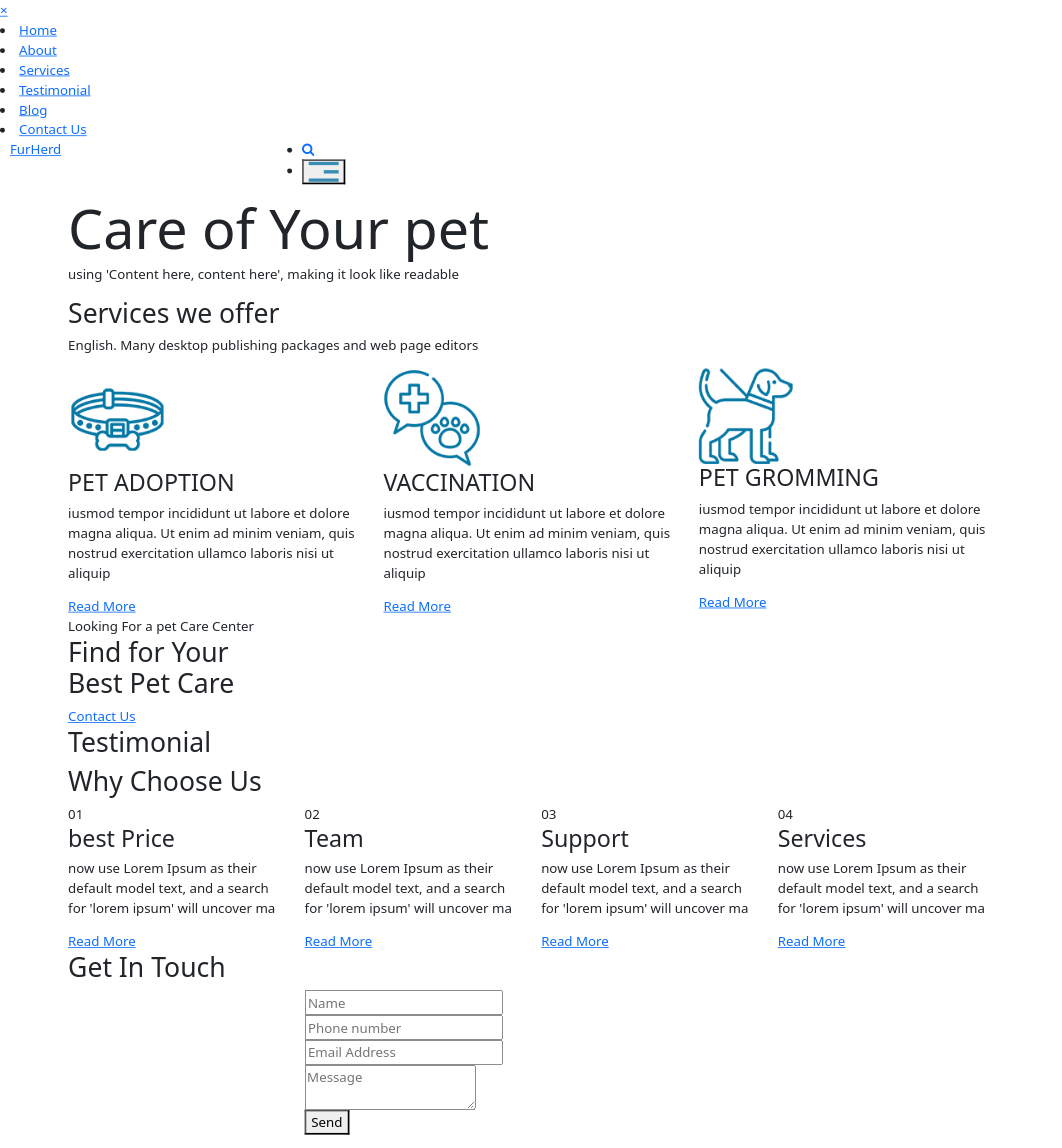
Repository: Chitti-g-k/Paw-Takers
Page: templates/index.html
These files come from the project's save history. The page is drawn as it stood at one moment and after the next save; the edit follows.
The browser window is 1280 px wide. The pictures show the whole page, at 83% of full size.
The template is drawn by Django 4.2. The application's start-up code is not run. The template is opened directly, without the code that normally fills it, so the values that code supplies are empty.

Above is the page before, as saved 2023-07-16 13:05:37.

After the next save:
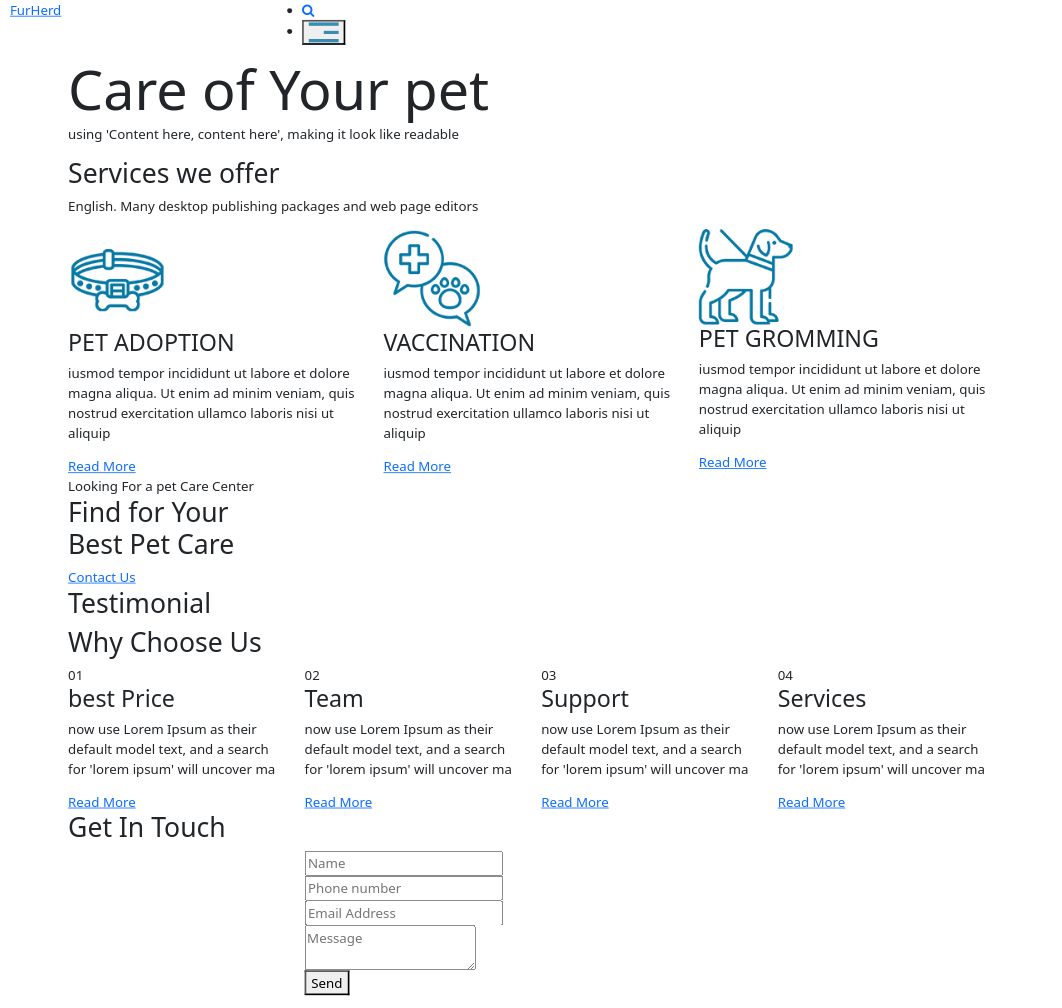
Saved 21 s later.
--- a/templates/index.html
+++ b/templates/index.html
@@ -38,15 +38,7 @@
         <div class="loader"><img src="{% static 'images/loading.gif' %}" alt="" /></div>
     </div>
     <!-- end loader -->
-    <div id="mySidepanel" class="sidepanel">
-        <a href="javascript:void(0)" class="closebtn" onclick="closeNav()">×</a>
-        <li><a class="active" href="">Home</a></li>
-        <li><a href="">About</a></li>
-        <li><a href="">Services</a></li>
-        <li><a href="">Testimonial</a></li>
-        <li><a href="">Blog</a></li>
-        <li><a href="">Contact Us</a></li>
-    </div>
+
     <!-- header -->
     <header>
         <!-- header inner -->
